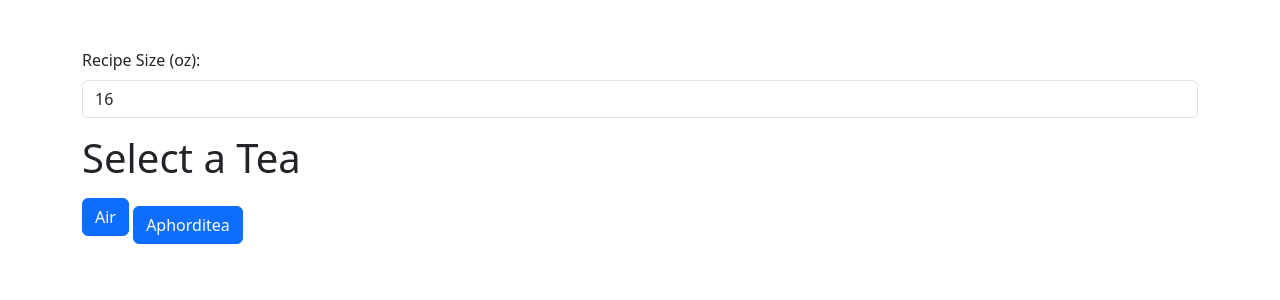
Repository: ChaidGPT/CKBatchHelper
Page: index.html
An editor plug-in stored every save of this project. The page is shown before and after the next save, followed by the edit.
The browser window is 1280 px wide. The pictures show the whole page.

Above is the page before, as saved 2023-06-27 12:03:40.

After the next save:
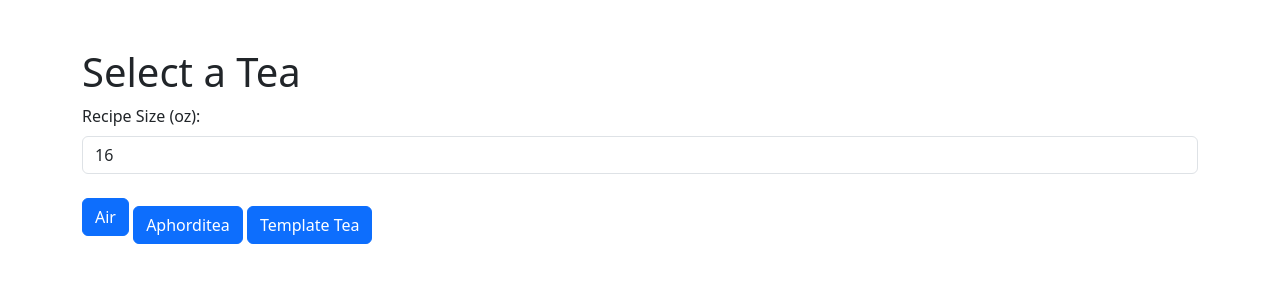
Saved 14 min 38 s later.
--- a/index.html
+++ b/index.html
@@ -15,13 +15,13 @@
   <main>
     <section id="section1" class="py-5">
       <div class="container">
+        <h1>Select a Tea</h1>
+
         <!-- Recipe size input -->
         <div class="mb-3">
           <label for="recipeSize" class="form-label">Recipe Size (oz):</label>
           <input type="number" class="form-control" id="recipeSize" value="16">
         </div>
-
-        <h1>Select a Tea</h1>
 
         <!-- Air button -->
         <button class="btn btn-primary" type="button" data-bs-toggle="collapse" data-bs-target="#airCollapse"
@@ -110,6 +110,39 @@
             </table>
           </div>
         </div>
+
+        <!-- Template button -->
+        <button class="btn btn-primary mt-3" type="button" data-bs-toggle="collapse"
+          data-bs-target="#templateCollapse" aria-expanded="false" aria-controls="templateCollapse">
+          Template Tea
+        </button>
+        <div class="collapse mt-3" id="templateCollapse">
+          <div class="card card-body">
+            <table class="table">
+              <thead>
+                <tr>
+                  <th>Ingredient</th>
+                  <th>Quantity (oz)</th>
+                </tr>
+              </thead>
+              <tbody>
+                <tr>
+                  <td>Ingredient 1</td>
+                  <td class="ingredientQty" data-ingredient="ingredient1" data-base-quantity="1">1</td>
+                </tr>
+                <tr>
+                  <td>Ingredient 2</td>
+                  <td class="ingredientQty" data-ingredient="ingredient2" data-base-quantity="2">2</td>
+                </tr>
+                <tr>
+                  <td>Ingredient 3</td>
+                  <td class="ingredientQty" data-ingredient="ingredient3" data-base-quantity="3">3</td>
+                </tr>
+              </tbody>
+            </table>
+          </div>
+        </div>
+
       </div>
     </section>
 
@@ -127,8 +160,7 @@
       const recipeSize = Number(recipeSizeInput.value);
       ingredientQtyElements.forEach(function (element) {
         const baseQuantity = Number(element.dataset.baseQuantity);
-        const ingredient = element.dataset.ingredient;
-        const newQuantity = (baseQuantity * recipeSize) / 16; // 16 is the base recipe size
+        const newQuantity = (recipeSize / 16) * baseQuantity;
         element.textContent = newQuantity.toFixed(2);
       });
     });
